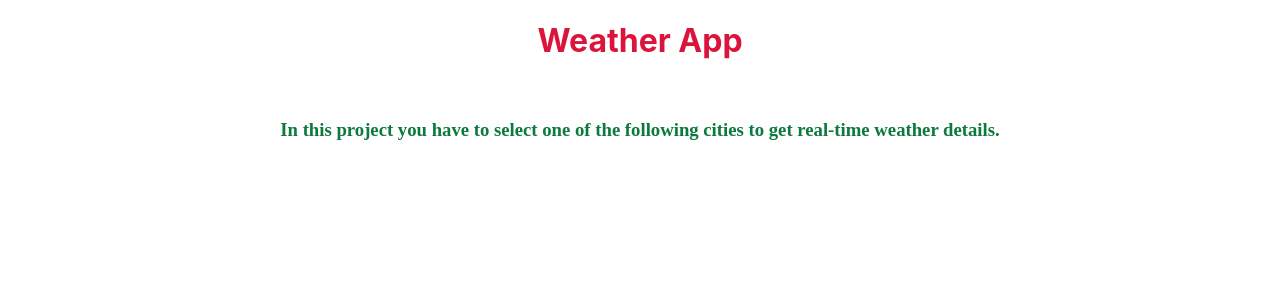
Repository: AalokJadhav/Weather_Website
Page: welcome.html
An editor plug-in stored every save of this project. The page is shown before and after the next save, followed by the edit.
The browser window is 1280 px wide. The pictures show the whole page.

Above is the page before, as saved 2020-11-03 08:00:35.

After the next save:
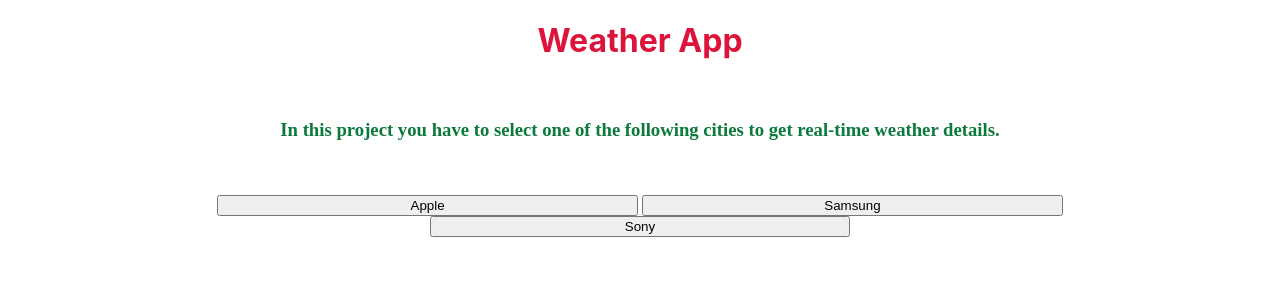
Saved 114 s later.
--- a/welcome.html
+++ b/welcome.html
@@ -13,5 +13,12 @@
         In this project you have to select one of the following cities to get real-time weather details.
     </p>
     </h3>
+    <br><br>
+
+    <div class="btn-group" style="width:100%">
+        <button style="width:33.3%">Apple</button>
+        <button style="width:33.3%">Samsung</button>
+        <button style="width:33.3%">Sony</button>
+      </div>
 </body>
 </html>
